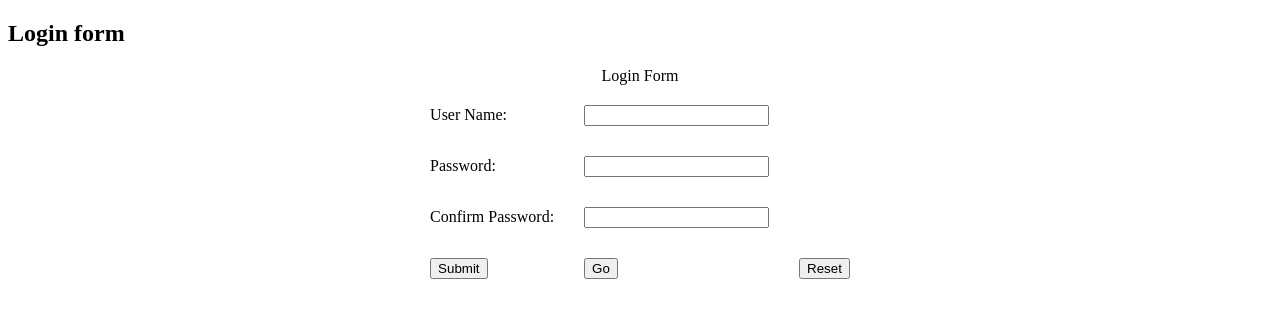
Repository: abhishek110597/Deloitte
Page: Workspace/JavaTraining/login.html
The author's editor kept a copy of each file at every save. The page is drawn from the files as they stood at one save, then again after the next save.
The browser window is 1280 px wide. The pictures show the whole page.

Above is the page before, as saved 2019-12-30 08:27:20.

After the next save:
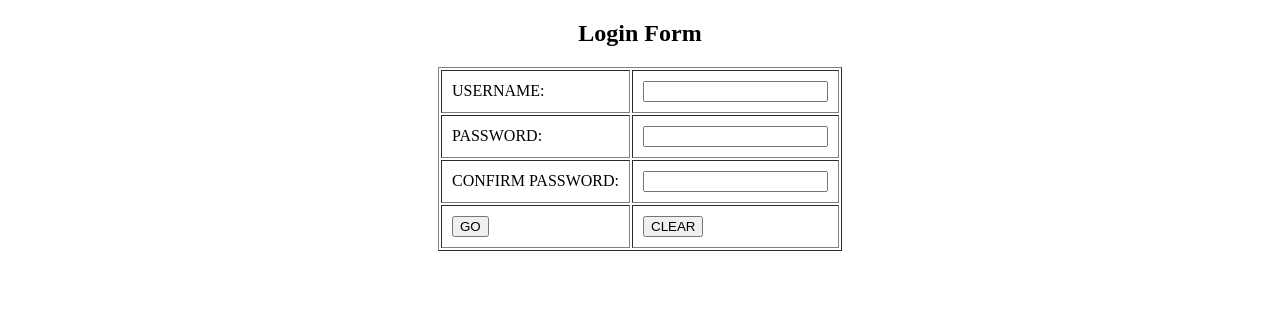
Saved 2 min 10 s later.
--- a/Workspace/JavaTraining/login.html
+++ b/Workspace/JavaTraining/login.html
@@ -3,49 +3,51 @@
 <head>
 <meta charset="ISO-8859-1">
 <title>Login form</title>
-<script type="text/javascript">
+<script>
 	function validate() {
-		//alert("HI")
-		var uname = document.getElementById("username").value
-		var pass = document.getElementById("password").value
-		var cpass = document.getElementById("cpassword").value
-		if (uname == 0) {
-			alert("Please enter a name")
-		} else if (pass.length< 6) {
-			alert("Enter the valid password with aleast 6 characters")
-		} else if (cpass != pass) {
-			alert("Passwords do not match")
+		var uname = document.getElementById("username").value;
+		var pass = document.getElementById("password").value;
+
+		var cpass = document.getElementById("confirmpassword").value;
+		if (uname.length == 0) {
+			alert("Please enter ur name");
+		}
+
+		else if (pass.length < 6) {
+			alert("Please enter ur password or length has to be greater than 6");
+		} else if (pass == cpass) {
+			alert("Welecome :" + uname)
 		} else {
-			alert("Welcome " + uname)
+			alert("Password and confirm password should be same");
 		}
+
 	}
 </script>
 </head>
 <body>
 	<form>
-		<h2>Login form</h2>
-		<table cellspacing="10" cellpadding="10" border="0" align="center">
-			<caption>Login Form</caption>
+
+		<table cellsapcing="10" cellpadding="10" align="center" border="1">
+			<h2 align="center">Login Form</h2>
 			<tr>
-				<td>User Name:</td>
-				<td><input type="text" name="username" id="username" /></td>
+				<td>USERNAME:</td>
+				<td><input type="text" name="username" id="username"></td>
 			</tr>
 			<tr>
-				<td>Password:</td>
-				<td><input type="password" name="password" id="password" /></td>
+				<td>PASSWORD:</td>
+				<td><input type="password" name="password" id="password"></td>
 			</tr>
 			<tr>
-				<td>Confirm Password:</td>
-				<td><input type="password" name="cpassword" id="cpassword" /></td>
+				<td>CONFIRM PASSWORD:</td>
+				<td><input type="password" name="confirmpassword"
+					id="confirmpassword"></td>
 			</tr>
 			<tr>
-				<td><input type="submit" value="Submit" id="submit" /></td>
-
-				<td><input type="button" value="Go" onclick="validate()" /></td>
-
-				<td><input type="reset" id="reset" /></td>
+				<td><input type="submit" value="GO" onClick="validate()"></td>
+				<td><input type="reset" value="CLEAR"></td>
 			</tr>
 		</table>
 	</form>
+
 </body>
 </html>
